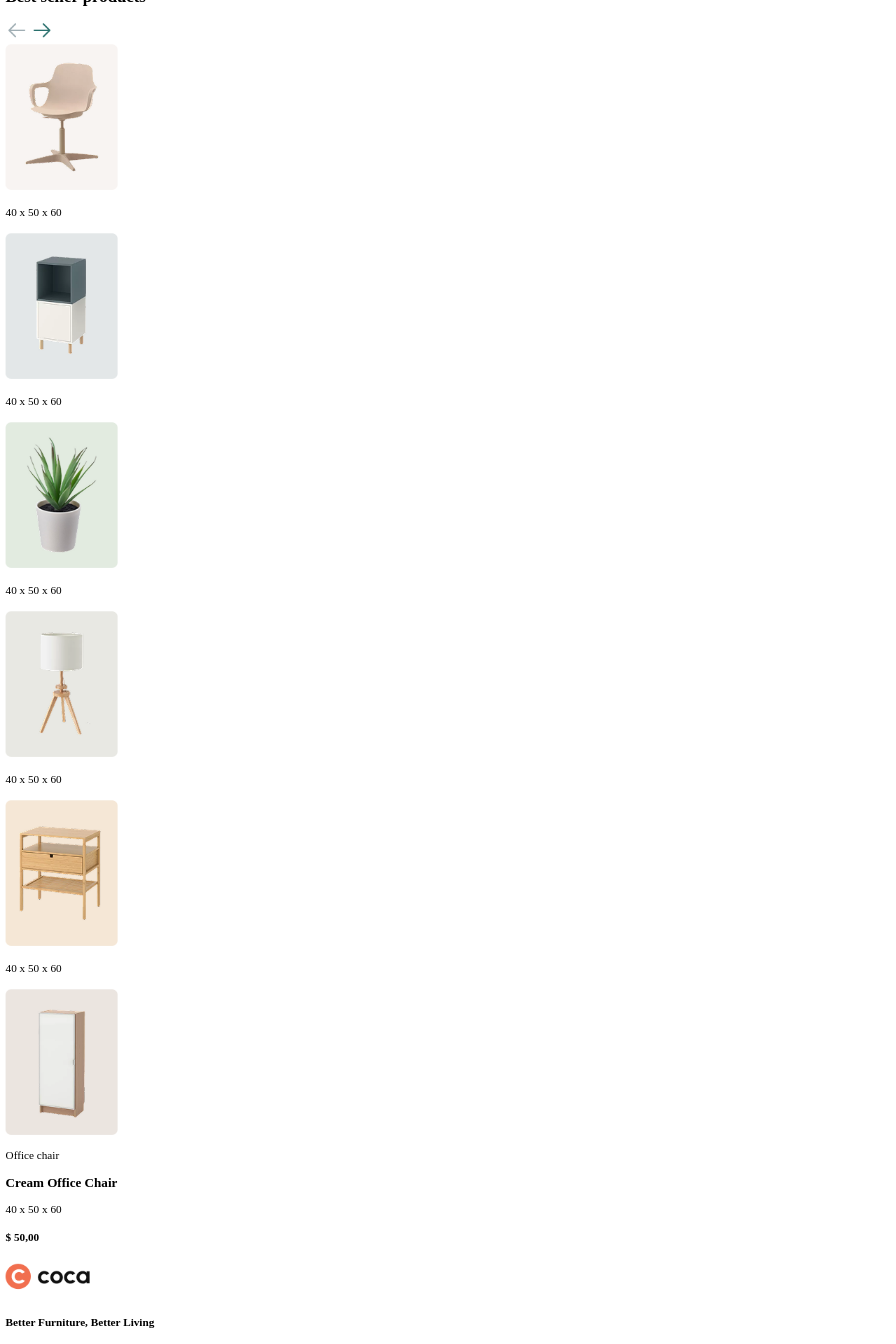
Repository: MatheusEich15/FrontEnd
Page: Prova 1 FrontEnd/Prova 1 FrontEnd/index.html
These files come from the project's save history. The page is drawn as it stood at one moment and after a run of saves; the edit follows.
The browser window is 1280 px wide. The pictures show the part of the page from y = 1165 to 3085 px (the page is 3085 px tall before and 3010 px after), at 70% of full size.

Above is the page before, as saved 2026-03-12 09:56:46.

After the next 2 saves:
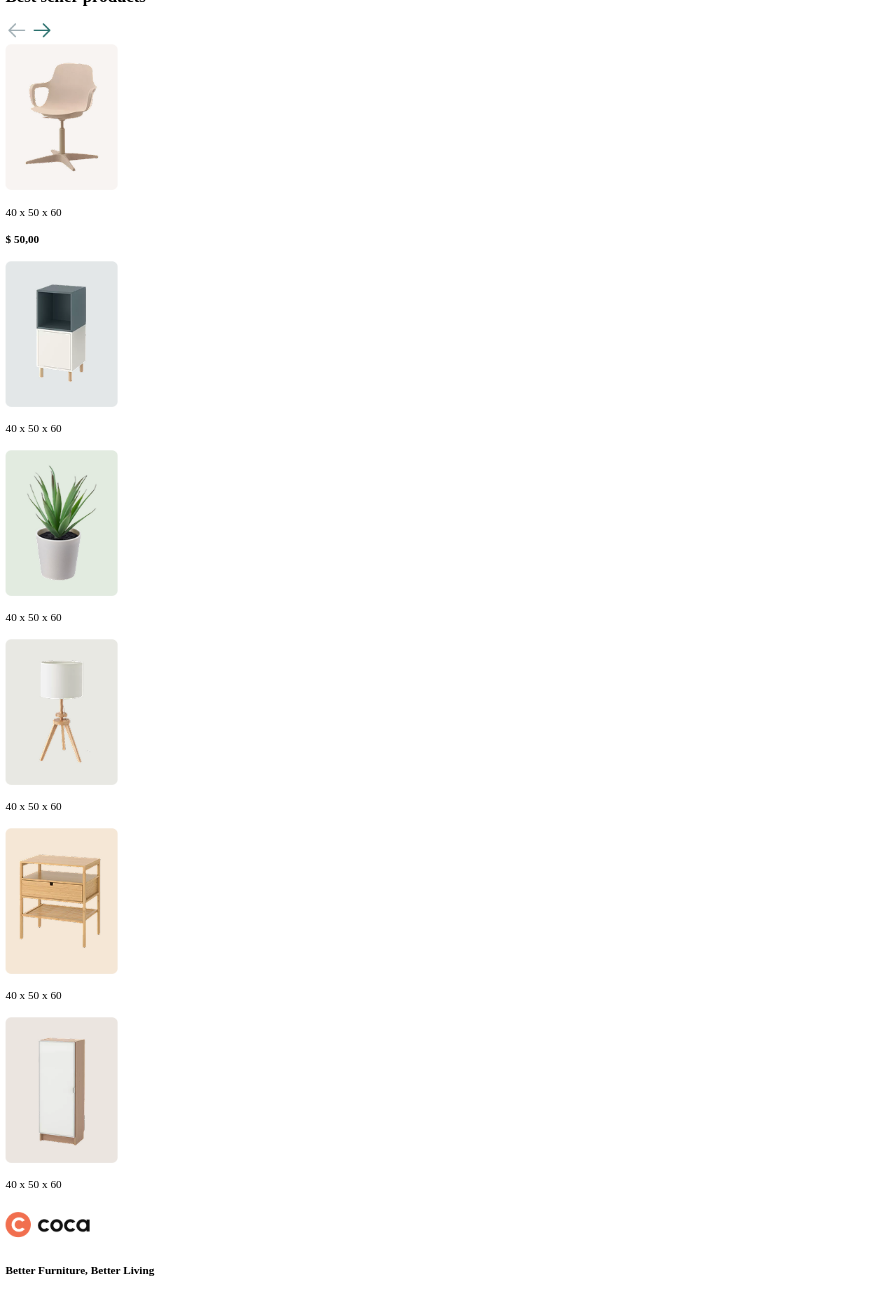
The 2 saves are shown as one change because they came seconds apart.
The last was saved 8 s later.
--- a/Prova 1 FrontEnd/Prova 1 FrontEnd/index.html
+++ b/Prova 1 FrontEnd/Prova 1 FrontEnd/index.html
@@ -103,7 +103,7 @@
                     <p></p>
                     <h3></h3>
                     <p>40 x 50 x 60</p>
-                    <h4></h4>
+                    <h4>$ 50,00</h4>
                 </div>
                 <div class="product-item">
                     <img src="./assets/images/Products images/Celestra Grey Cabi.png" alt="Armário Pequeno Cor Cinza e Branco">
@@ -135,10 +135,10 @@
                 </div>
                 <div class="product-item">
                     <img src="./assets/images/Products images/Morliden Book Rac.png" alt="Armário Médio Moderno Cor Branca">
-                    <p>Office chair</p>
-                    <h3>Cream Office Chair</h3>
+                    <p></p>
+                    <h3></h3>
                     <p>40 x 50 x 60</p>
-                    <h4>$ 50,00</h4>
+                    <h4></h4>
                 </div>
             </div>
         </section>
